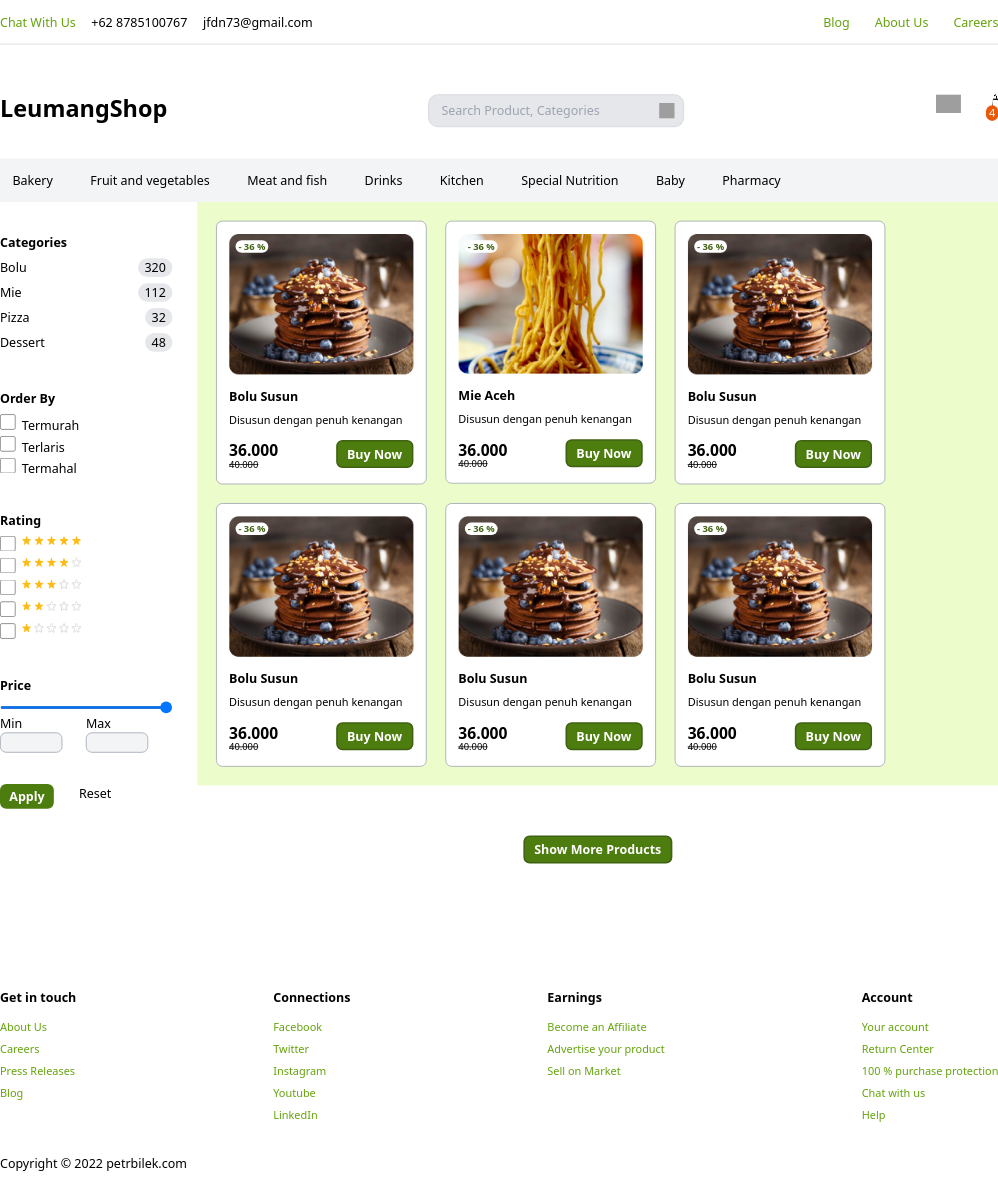
Repository: jafetdn73/ecommerce-tailwind
Page: /
An editor plug-in stored every save of this project. The page is shown before and after the next save, followed by the edit.
The browser window is 1280 px wide. The pictures show the whole page, at 78% of full size.
Pictures or frames that could not be fetched are drawn as grey boxes. The project was rebuilt for these pictures with package versions that can differ from the ones it lists, and the page was loaded fresh each time. Also part of the build but not shown: src/App.css.

Above is the page before, as saved 2022-03-14 17:37:49.

After the next save:
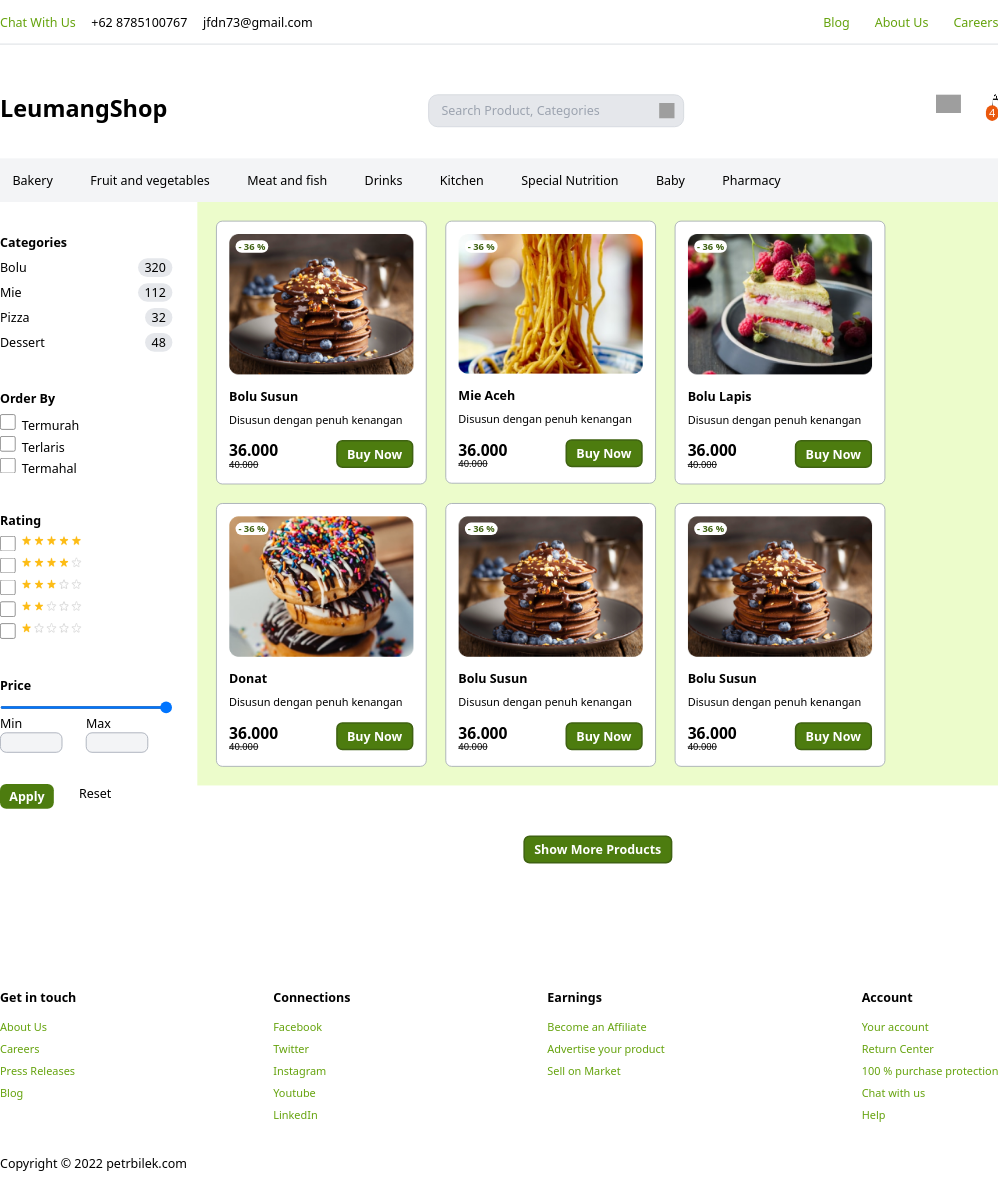
Saved 114 s later.
--- a/src/App.js
+++ b/src/App.js
@@ -219,31 +219,31 @@ function App() {
 
         <div className="w-70 h-fit p-4 bg-white border border-gray-400 rounded-lg">
           <div className="flex relative">
-            <img src="images/bolu-susun.png" alt="bolu-susun" width="236" height="180"/>
-            <label className="text-lime-800 font-bold text-xs ml-2 absolute bottom-26 left-0 bg-white mt-2 mb-2 pl-1 pr-1 rounded-xl">- 36 %</label>
-          </div>
-          <div>
-          <h1 className="font-bold text-base mt-4 mb-2">Bolu Susun</h1>
-          <p className="text-sm">Disusun dengan penuh kenangan</p>
-          </div>
-          <div className="flex justify-between mt-4">
-            <div className="flex flex-col">
-              <label className="font-bold text-xl">36.000</label>
-              <label className="line-through text-xs -mt-1">40.000</label>
-            </div>
-            <div>
-              <button className="py-1 px-3 rounded-lg font-bold border-2 border-lime-800 bg-lime-700 text-white">Buy Now</button>
-            </div>
-          </div>
-        </div>
-
-        <div className="w-70 h-fit p-4 bg-white border border-gray-400 rounded-lg">
-          <div className="flex relative">
-            <img src="images/bolu-susun.png" alt="bolu-susun" width="236" height="180"/>
-            <label className="text-lime-800 font-bold text-xs ml-2 absolute bottom-26 left-0 bg-white mt-2 mb-2 pl-1 pr-1 rounded-xl">- 36 %</label>
-          </div>
-          <div>
-          <h1 className="font-bold text-base mt-4 mb-2">Bolu Susun</h1>
+            <img src="images/bolu-lapis.png" alt="bolu-lapis" width="236" height="180"/>
+            <label className="text-lime-800 font-bold text-xs ml-2 absolute bottom-26 left-0 bg-white mt-2 mb-2 pl-1 pr-1 rounded-xl">- 36 %</label>
+          </div>
+          <div>
+          <h1 className="font-bold text-base mt-4 mb-2">Bolu Lapis</h1>
+          <p className="text-sm">Disusun dengan penuh kenangan</p>
+          </div>
+          <div className="flex justify-between mt-4">
+            <div className="flex flex-col">
+              <label className="font-bold text-xl">36.000</label>
+              <label className="line-through text-xs -mt-1">40.000</label>
+            </div>
+            <div>
+              <button className="py-1 px-3 rounded-lg font-bold border-2 border-lime-800 bg-lime-700 text-white">Buy Now</button>
+            </div>
+          </div>
+        </div>
+
+        <div className="w-70 h-fit p-4 bg-white border border-gray-400 rounded-lg">
+          <div className="flex relative">
+            <img src="images/donat.png" alt="donat" width="236" height="180"/>
+            <label className="text-lime-800 font-bold text-xs ml-2 absolute bottom-26 left-0 bg-white mt-2 mb-2 pl-1 pr-1 rounded-xl">- 36 %</label>
+          </div>
+          <div>
+          <h1 className="font-bold text-base mt-4 mb-2">Donat</h1>
           <p className="text-sm">Disusun dengan penuh kenangan</p>
           </div>
           <div className="flex justify-between mt-4">
